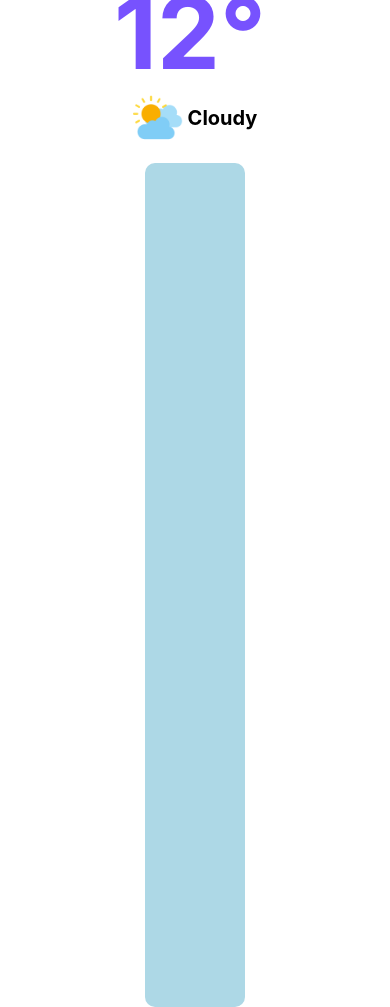
Repository: praveen080/react-native-weatherAppV1
Screen: /
An editor plug-in stored every save of this project. The screen is shown before and after a run of saves, followed by the edit.
The app was drawn by React Native's web renderer in a window 390 px wide. The project was rebuilt for these pictures with package versions that can differ from the ones it lists, and the page was loaded fresh each time. Also part of the build but not shown: Screens/startUp.js.

Above is the screen before, as saved 2023-11-17 13:37:26.

After the next 3 saves:
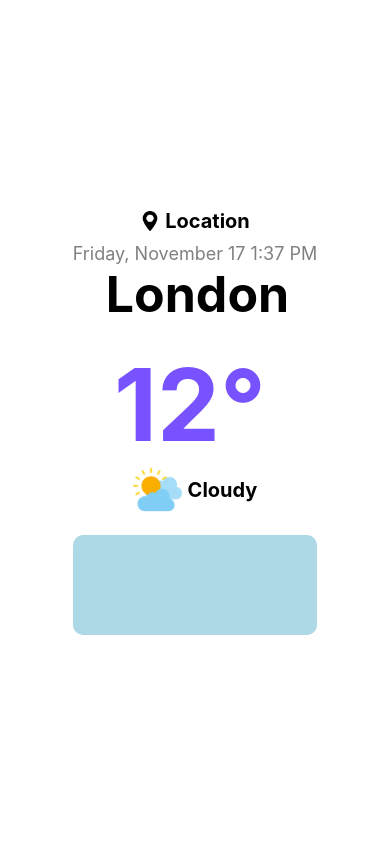
The 3 saves are shown as one change because they came seconds apart.
The last was saved 12 s later.
--- a/Screens/Home.js
+++ b/Screens/Home.js
@@ -105,8 +105,8 @@ export const styles = StyleSheet.create({
     marginTop: 20,
   },
   card: {
-    width: 100,
-    height: "100%",
+    width: "100%",
+    height: 100,
     borderRadius: 10,
     backgroundColor: "lightblue",
     marginTop: 20,
